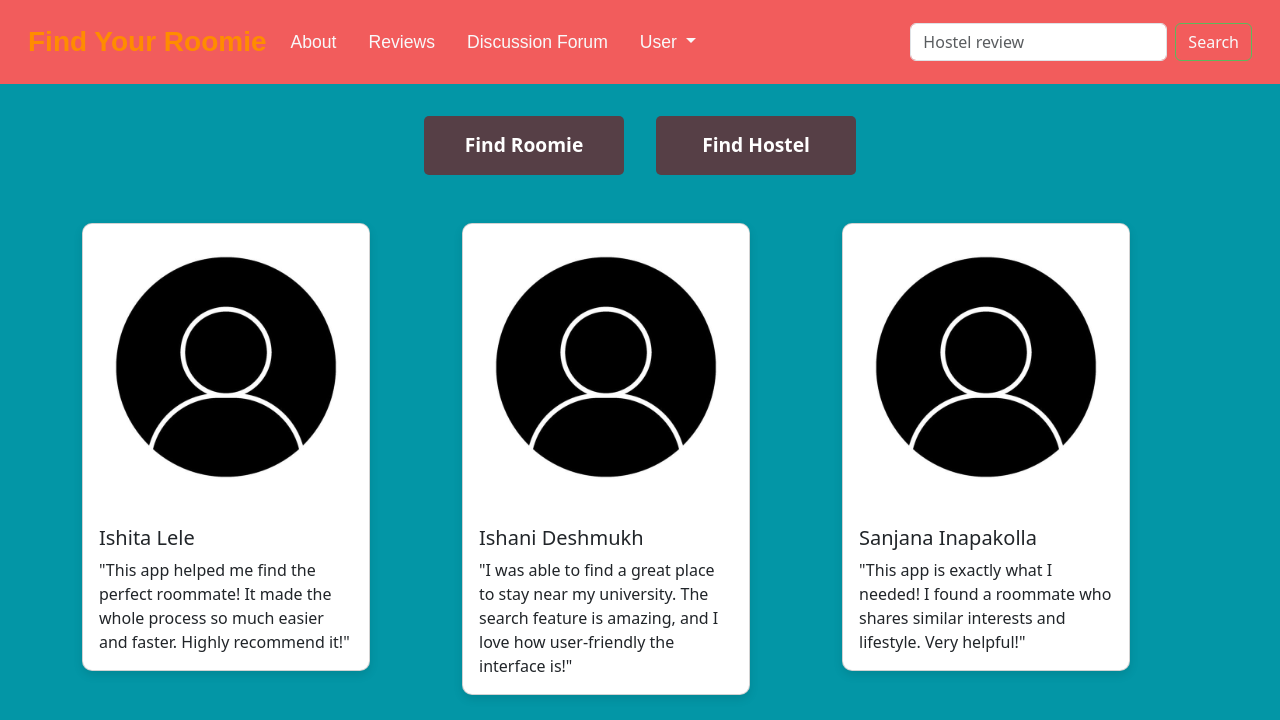
Repository: Sanjana-Inapakolla/Find-your-Roomie-website
Page: mini-project(jfst)/MiniProject/src/main/webapp/home.html
These files come from the project's save history. The page is drawn as it stood at one moment and after the next save; the edit follows.
The browser window is 1280 px wide. The pictures show the whole page.

Above is the page before, as saved 2024-11-13 07:03:30.

After the next save:
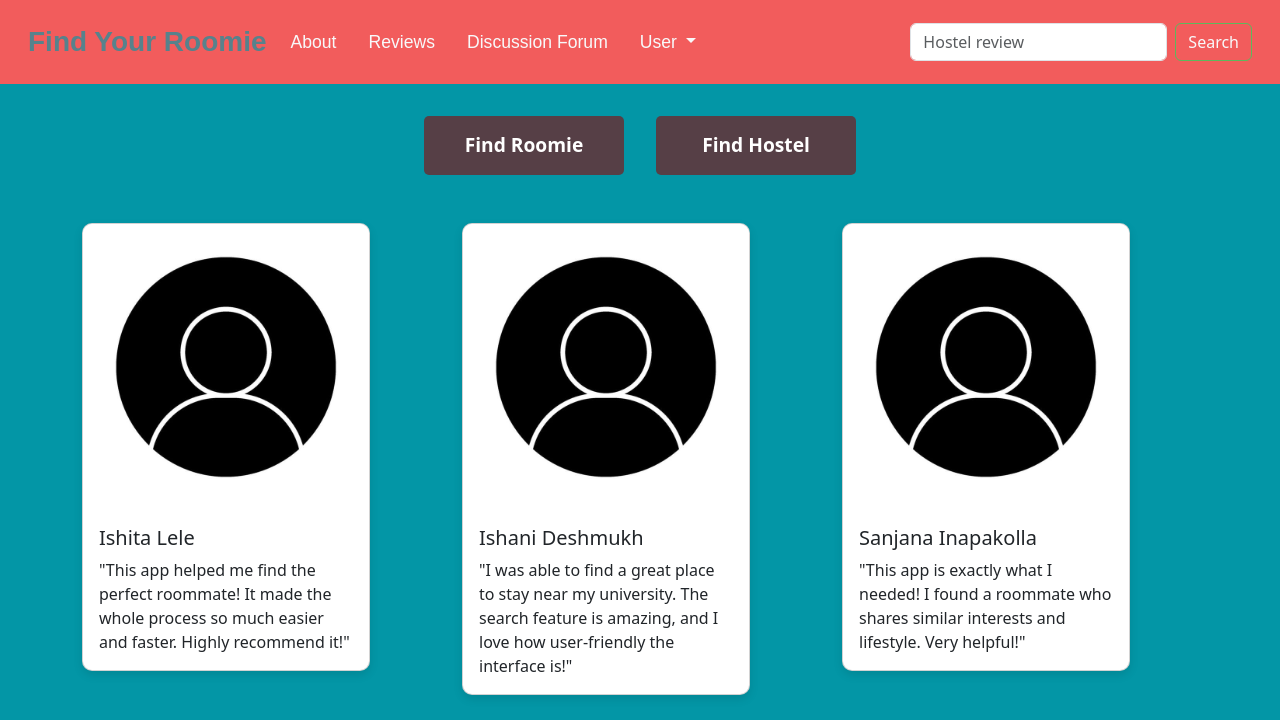
Saved 49 s later.
--- a/mini-project(jfst)/MiniProject/src/main/webapp/home.html
+++ b/mini-project(jfst)/MiniProject/src/main/webapp/home.html
@@ -17,7 +17,7 @@
       font-size: 1.75rem;
       font-weight: bold;
       font-family: 'Arial', sans-serif;
-      color: #ff8c00;
+      color: #0396A6A6;
     }
 
     /* Navbar Links (Home, Reviews, Discussion Forum) */
